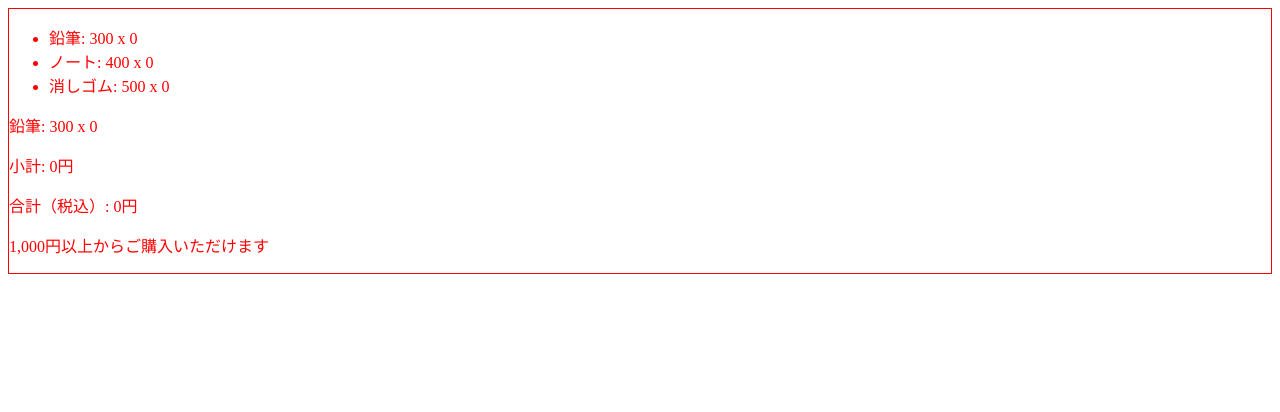
Repository: minoto9/vue_tutorial
Page: p61-63/p61.html
These files come from the project's save history. The page is drawn as it stood at one moment and after the next save; the edit follows.
The browser window is 1280 px wide. The pictures show the whole page.
Some web libraries are served in a nearby version.

Above is the page before, as saved 2019-07-06 14:06:52.

After the next save:
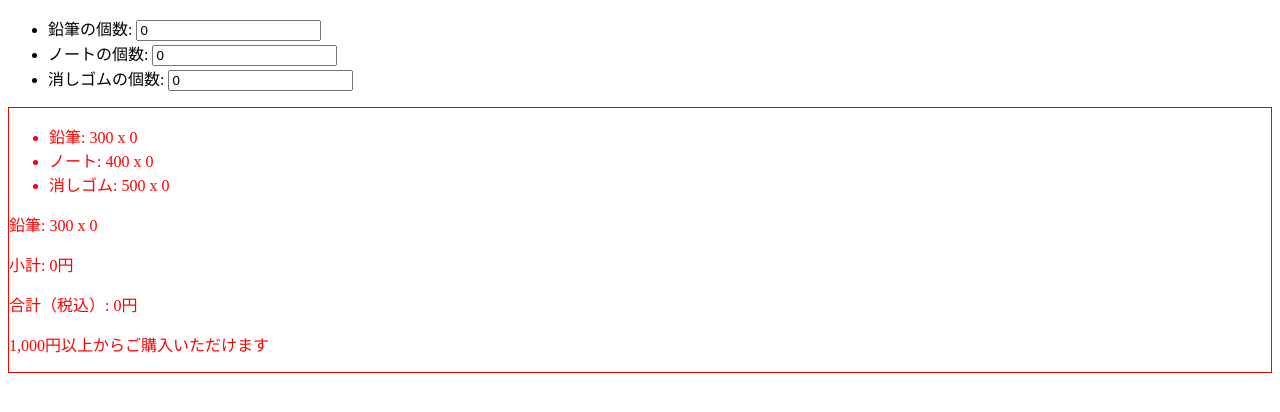
Saved 12 min 55 s later.
--- a/p61-63/p61.html
+++ b/p61-63/p61.html
@@ -9,6 +9,11 @@
 </head>
 <body>
     <div id="app">
+        <ul>
+            <li v-for="item in items" v-bind:key="item.name">
+                {{ item.name }}の個数: <input type="number" v-on:input="item.quantity = $event.target.value" v-bind:value="item.quantity" min="0">
+            </li>
+        </ul>
         <div :style="errorMessageStyle">
             <ul>
                 <li v-for="item in items" v-bind:key="item.name">
